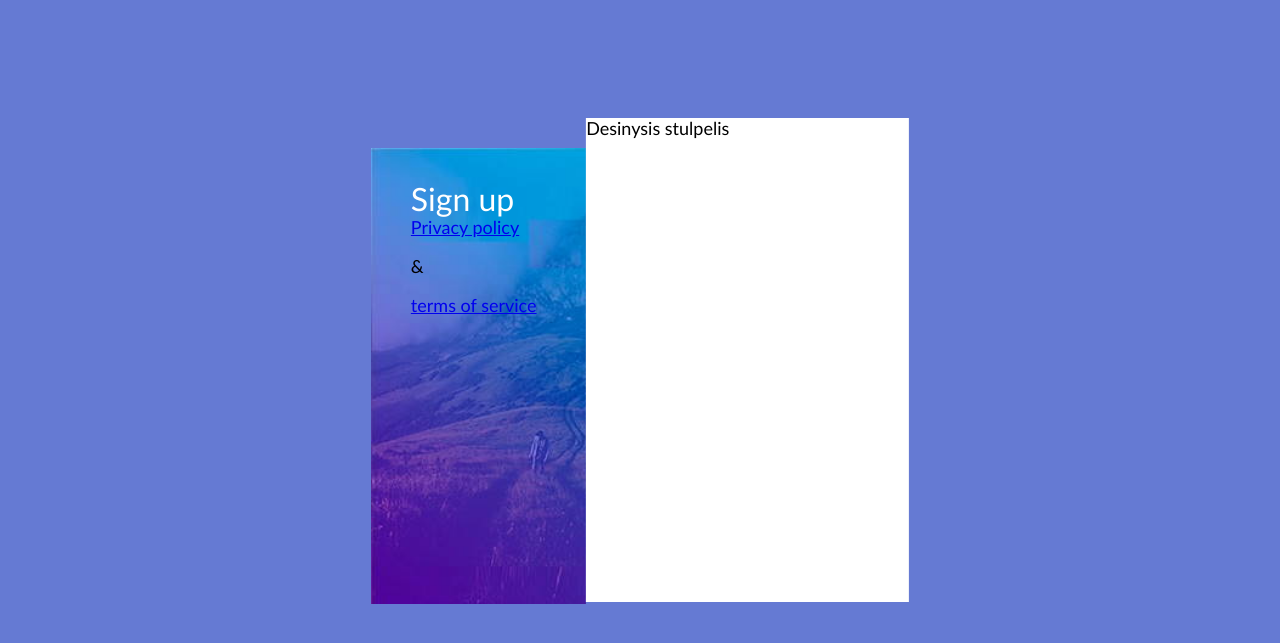
Repository: motiejus1/11-paskaita-adobexd-registracija
Page: index.html
The author's editor kept a copy of each file at every save. The page is drawn from the files as they stood at one save, then again after a run of saves.
The browser window is 1280 px wide. The pictures show the whole page.

Above is the page before, as saved 2021-06-17 19:08:39.

### index.html
<!DOCTYPE html>
<html lang="en">
<head>
    <meta charset="UTF-8">
    <meta http-equiv="X-UA-Compatible" content="IE=edge">
    <meta name="viewport" content="width=device-width, initial-scale=1.0">
    <title>Registracija</title>
    <style>
        html {
            font-size: 18px;
        }

        body {
            max-width: 1920px;
            background-color: #657AD3;
            font: normal normal normal 1rem/1.1667rem Gill Sans MT;
        }

        .container {
            width: 42.05%;
            position: absolute;
            top: 50%;
            left: 50%;
            transform: translate(-50%, -50%);
        }

        .left-column, .right-column {
            float:left;
            height: 26.8889rem;
        }

        .left-column {
            background-color: transparent;
            width: 40%;

        }

        .right-column {
            width: 60%;
            background-color: #fff;
        }

        .left-column-container {
            margin-top: 1.6667rem;
            height: 23.5556rem;
            background-color: #fff;
            background: transparent url('img/mountain.png') 0% 0% no-repeat padding-box;
            background-size: cover;
            padding-left: 2.2222rem;
            padding-top: 32px;
        }

        h1 {
            font: normal normal normal 1.7778rem/2.0556rem Gill Sans MT;
            color: #FFFFFF;
            margin: 0;
        }

    </style>

</head>
<body>

    <div class="container">

        <div class="left-column">
            <div class="left-column-container">
                <h1>Sign up</h1>

                <div class="links">
                    <a href="#">Privacy policy</a>
                    <p>&</p>
                    <a href="#">terms of service</a>
                </div>
            </div>
        </div>
        <div class="right-column">Desinysis stulpelis</div>
    </div>

</body>
</html>

After the next 2 saves:
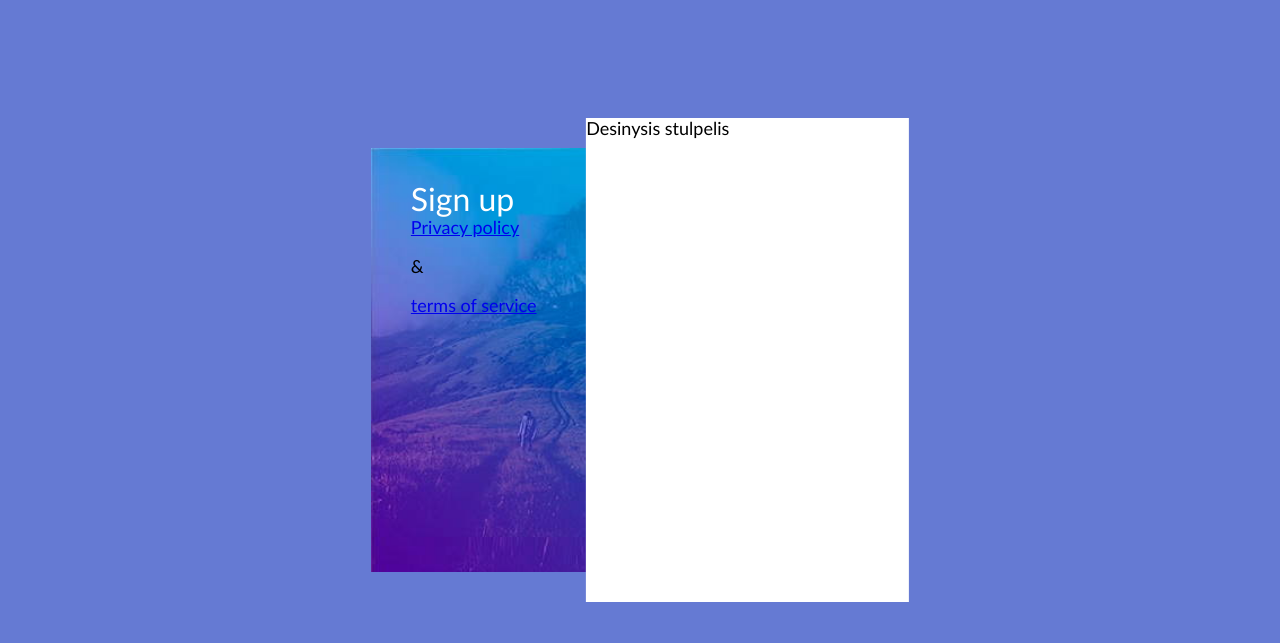
The 2 saves are shown as one change because they came seconds apart.
The last was saved 74 s later.
--- a/index.html
+++ b/index.html
@@ -47,13 +47,14 @@
             background: transparent url('img/mountain.png') 0% 0% no-repeat padding-box;
             background-size: cover;
             padding-left: 2.2222rem;
-            padding-top: 32px;
+
         }
 
         h1 {
             font: normal normal normal 1.7778rem/2.0556rem Gill Sans MT;
             color: #FFFFFF;
             margin: 0;
+            padding-top: 32px;
         }
 
     </style>
